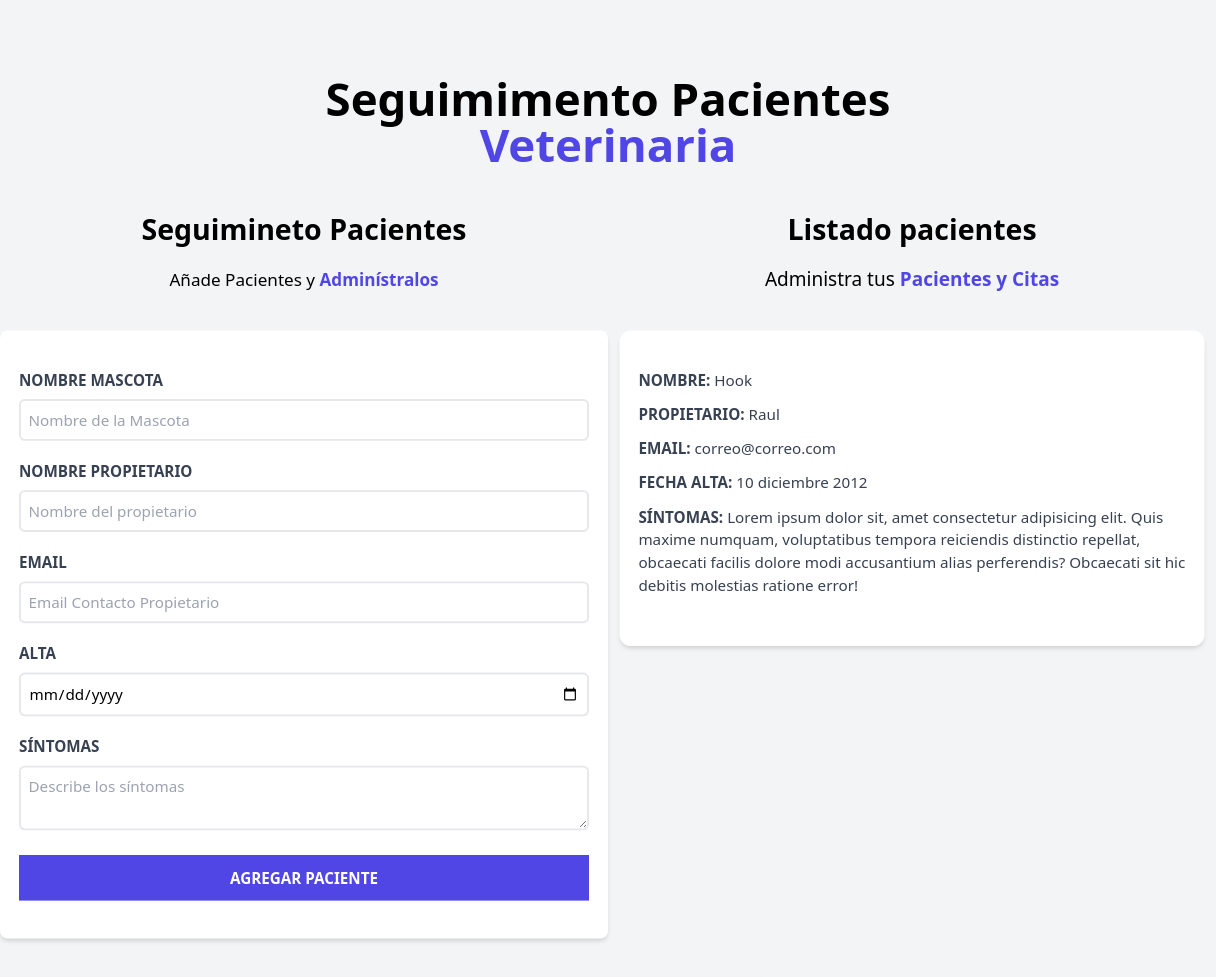
Repository: rlaureano/citas_react
Page: /
The author's editor kept a copy of each file at every save. The page is drawn from the files as they stood at one save, then again after the next save.
The browser window is 1280 px wide. The pictures show the whole page, at 95% of full size.
The project was rebuilt for these pictures with package versions that can differ from the ones it lists, and the page was loaded fresh each time. Also part of the build but not shown: vite.config.js.

Above is the page before, as saved 2022-01-12 21:39:29.

After the next save:
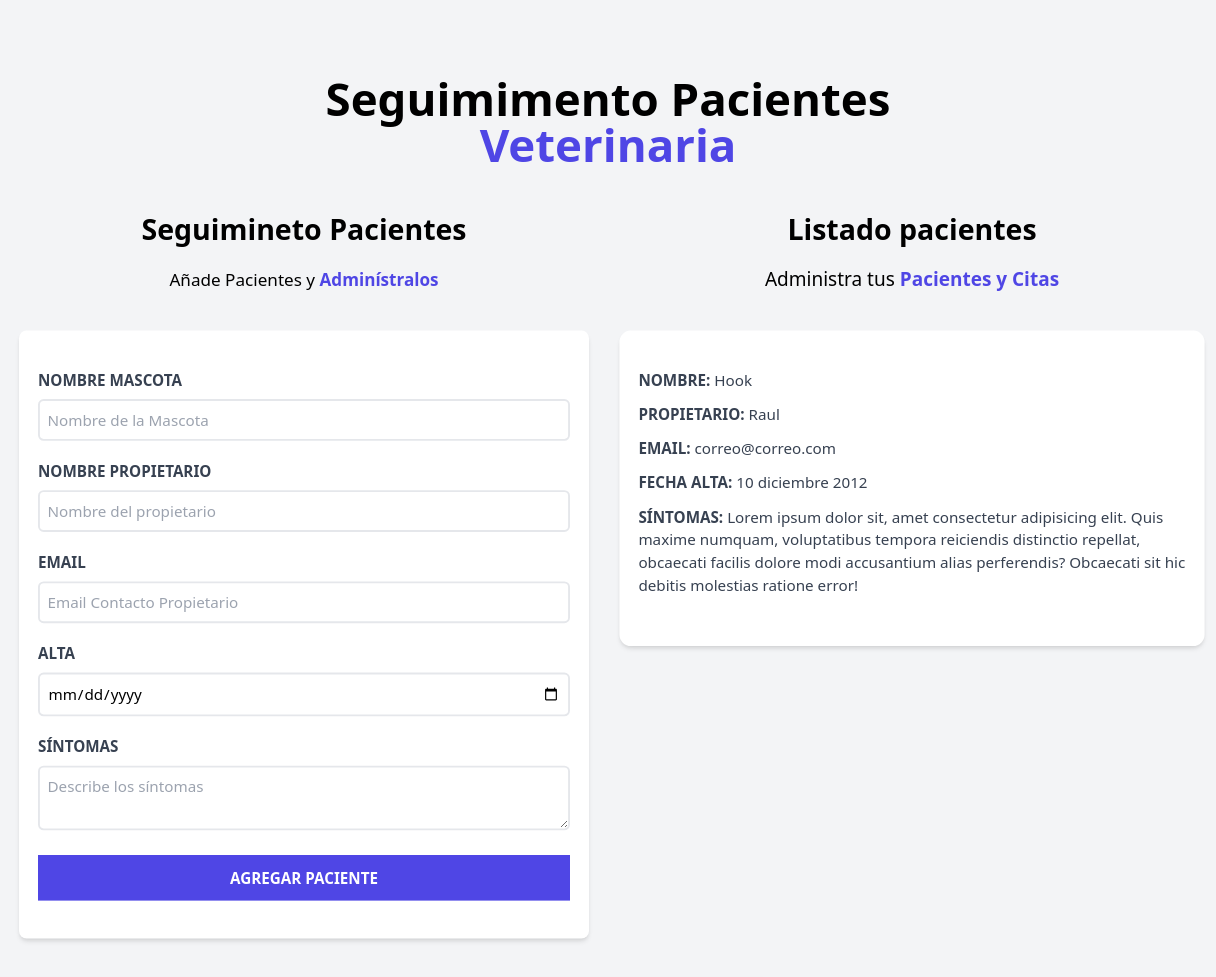
Saved 57 s later.
--- a/src/components/Formulario.jsx
+++ b/src/components/Formulario.jsx
@@ -25,7 +25,7 @@ const Formulario = () => {
         <span className="text-indigo-600 font-bold text-lg">Adminístralos</span>
       </p>
 
-      <form action="" className="bg-white shadow-md rounded-lg py-10 px-5 mb-10" onSubmit={ handleSubmit }>
+      <form action="" className="bg-white shadow-md rounded-lg py-10 px-5 mb-10 mx-5" onSubmit={ handleSubmit }>
         <div className="mb-5">
           <label htmlFor="mascota" className="block text-gray-700 uppercase font-bold">Nombre Mascota</label>
           <input
